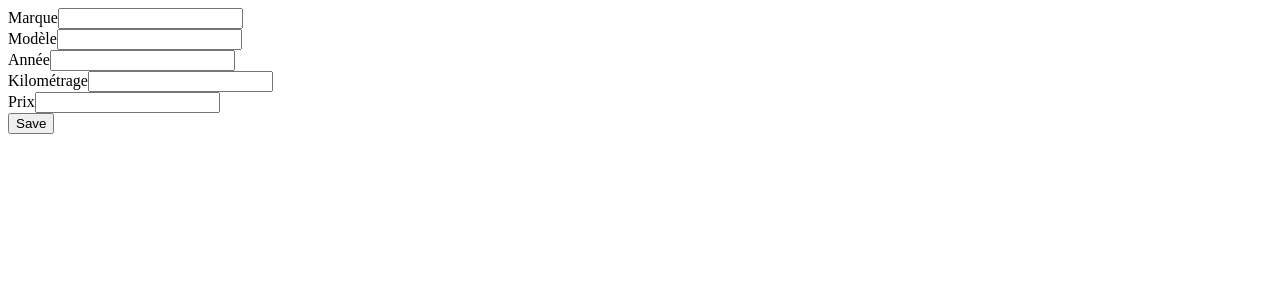
Repository: JonasvanHoorebeke/node_project_carforsale
Page: http://localhost/form
The author's editor kept a copy of each file at every save. The page is drawn from the files as they stood at one save, then again after the next save.
The browser window is 1280 px wide. The pictures show the whole page.
The page is served by the project's Node server (app.js).

Above is the page before, as saved 2020-05-11 22:44:33.

After the next save:
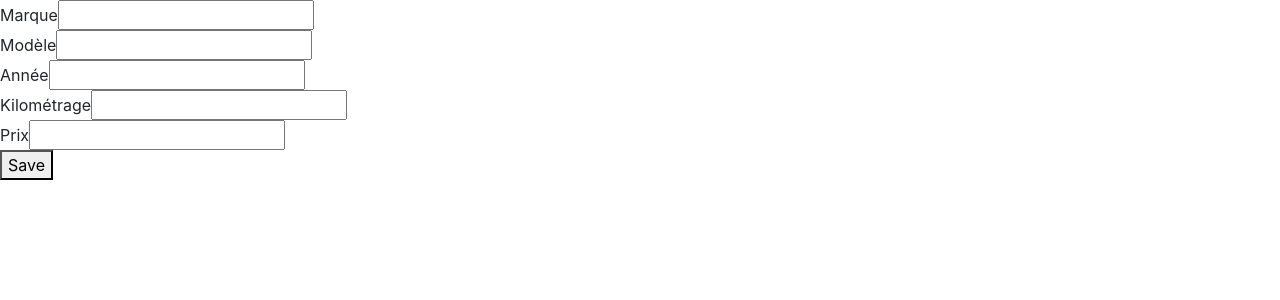
Saved 9 s later.
--- a/views/form.ejs
+++ b/views/form.ejs
@@ -1,3 +1,4 @@
+<link rel="stylesheet" href="https://stackpath.bootstrapcdn.com/bootstrap/4.4.1/css/bootstrap.min.css" integrity="sha384-Vkoo8x4CGsO3+Hhxv8T/Q5PaXtkKtu6ug5TOeNV6gBiFeWPGFN9MuhOf23Q9Ifjh" crossorigin="anonymous">
 <form method='post'>
     <div>Marque<input name='marque' value="<%= acheter.marque %>" /></div>
     <div>Modèle<input name='modele' value="<%= acheter.modele %>" /></div>
